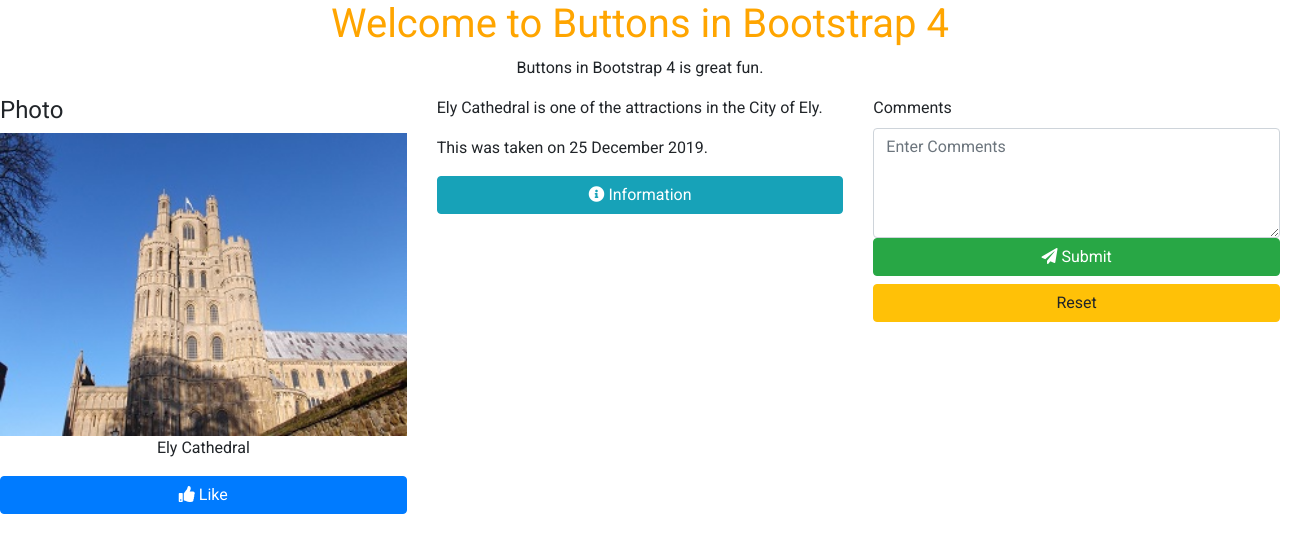
Repository: derektypist/buttons-in-bootstrap-4
Page: index.html
The author's editor kept a record of every edit. The page is drawn from the files as they stood at one moment, then again after the next edit.
The browser window is 1280 px wide. The page is 1295 px wide, so the pictures cover 1295 px, including what lies to the right of the window. The pictures show the whole page.
Some web libraries are served in a nearby version.

Above is the page before.

After the next edit:
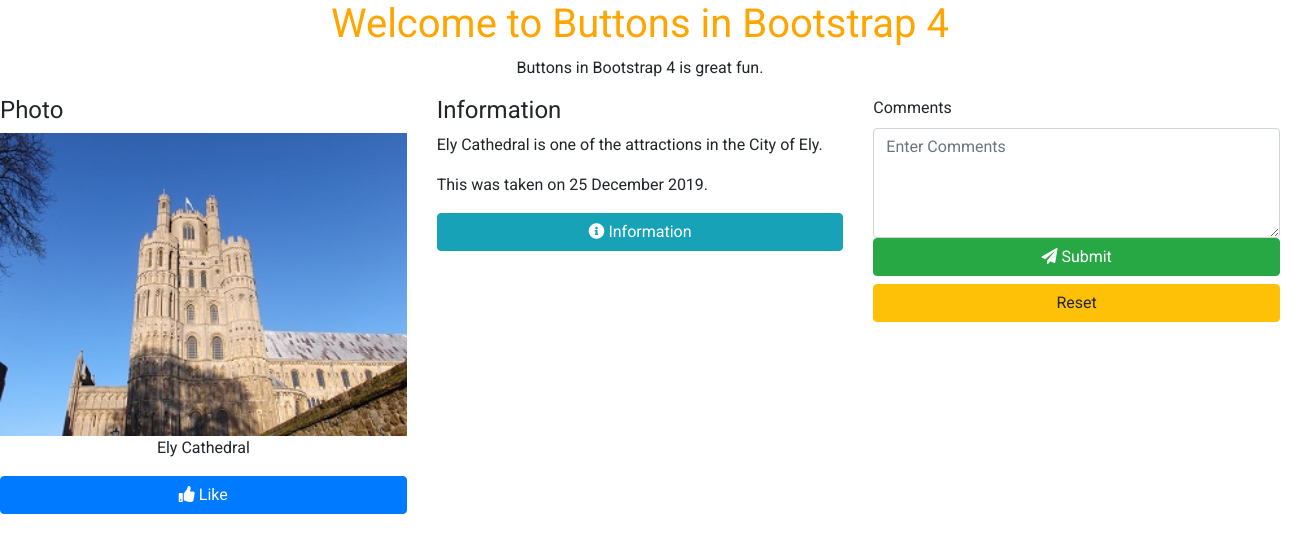
The edit:
--- a/index.html
+++ b/index.html
@@ -36,6 +36,9 @@
 
             <!-- Set Up Article -->
             <article class="col-sm-4">
+                <!-- Display Article Heading -->
+                <h4>Information</h4>
+                <!-- Display Information -->
                 <p>Ely Cathedral is one of the attractions in the City of Ely.</p>
                 <p>This was taken on 25 December 2019.</p>
                 <!-- Create Button -->
